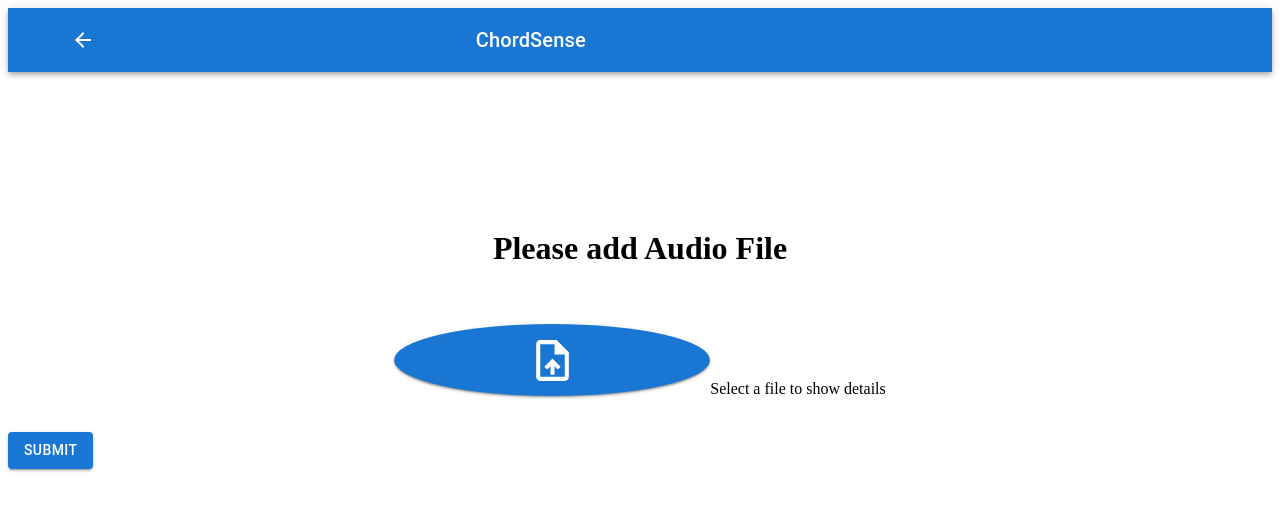
Repository: shamu332/ChordSense
Page: / (app in ui/)
An editor plug-in stored every save of this project. The page is shown before and after the next save, followed by the edit.
The browser window is 1280 px wide. The pictures show the whole page.
The project was rebuilt for these pictures with package versions that can differ from the ones it lists, and the page was loaded fresh each time. Also part of the build but not shown: ui/src/pages/Results.js.

Above is the page before, as saved 2023-03-11 15:21:32.

After the next save:
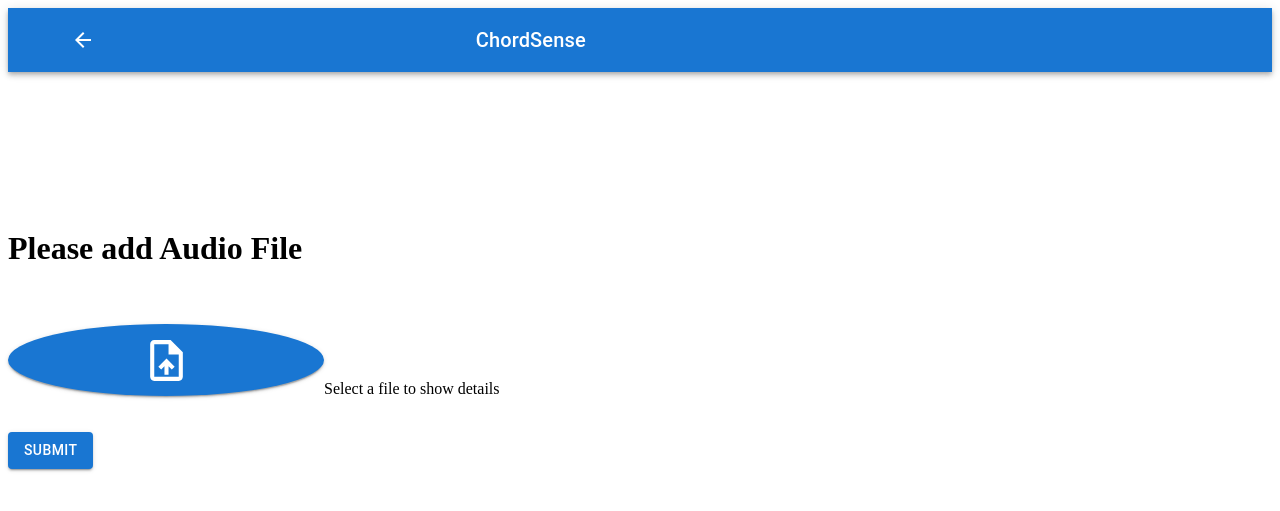
Saved 105 s later.
--- a/ui/src/pages/Landing.js
+++ b/ui/src/pages/Landing.js
@@ -31,7 +31,6 @@ const handleSubmission = () => {
       <div
         style={{
           display: "flex",
-          justifyContent: "center",
           alignItems: "flex-end",
           height: "30vh",
         }}
@@ -56,7 +55,6 @@ const handleSubmission = () => {
           <div
             style={{
               display: "flex",
-              justifyContent: "center",
               alignItems: "center",
               height:"20vh",
             }}
